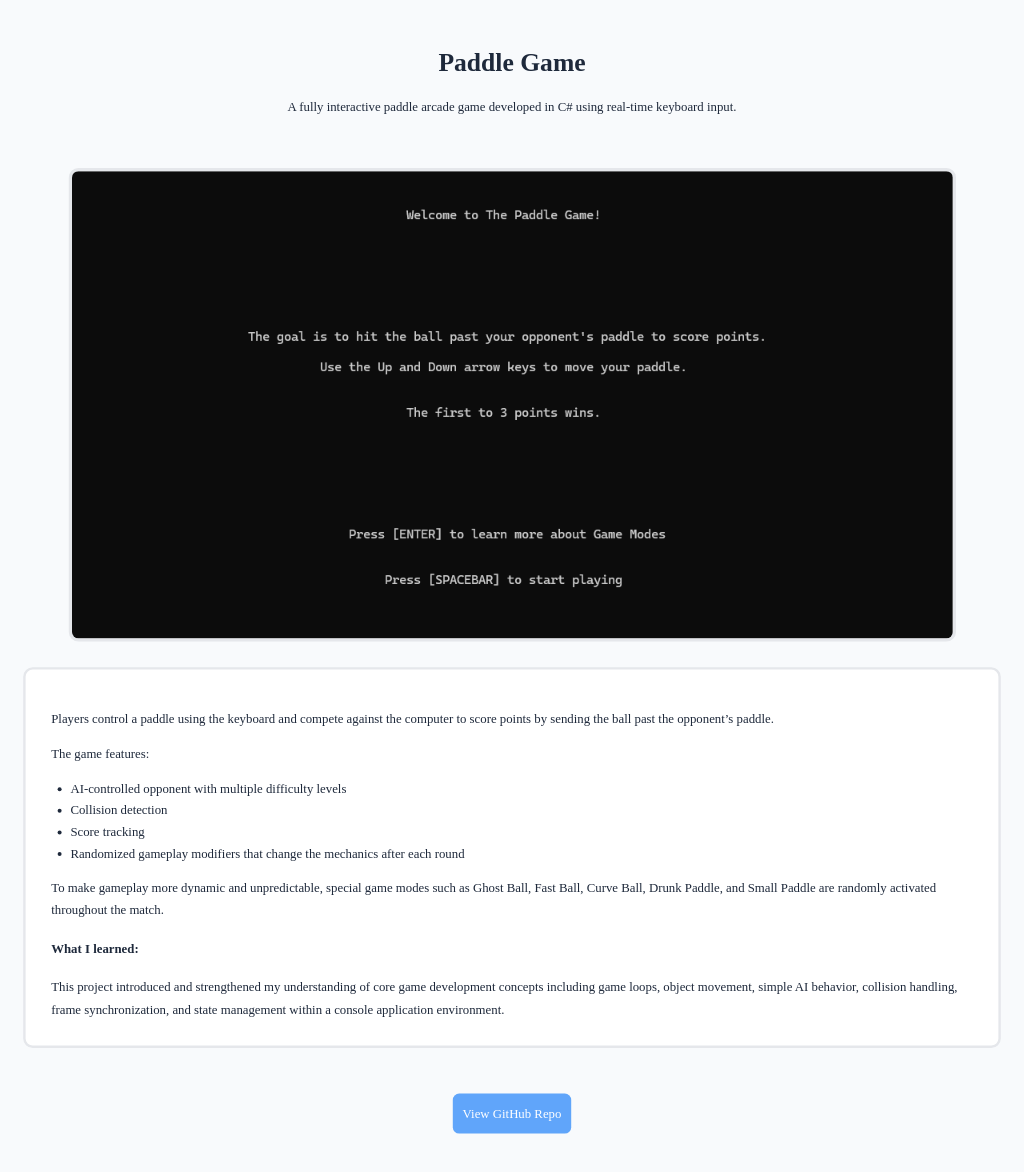
Repository: alison-cunningham/alison-cunningham
Page: pages/paddle-game.html
These files come from the project's save history. The page is drawn as it stood at one moment and after the next save; the edit follows.
The browser window is 1280 px wide. The pictures show the whole page, at 80% of full size.
Some web fonts or font styles are not loaded; a fallback is used.

Above is the page before, as saved 2026-05-08 21:25:59.

### pages/paddle-game.html
<!DOCTYPE html>
<html lang="en">
<head>
    <meta charset="UTF-8" />
    <title>Project - Paddle Game</title>
    <meta name="viewport" content="width=device-width, initial-scale=1.0">
    <link rel="stylesheet" href="../styles/globals.css"/>
    <link rel="stylesheet" href="../styles/pages.css">
</head>
<body>
    <header class="project-header">
        <h1>Paddle Game</h1>
        <p>
            A fully interactive paddle arcade game developed in C# using real-time keyboard input.
        </p>
    </header>

    <img src="../assets/images/paddle-game-screenshot-2.png" alt="Screenshot from Paddle Game gameplay">

    <section class="project-description">
        <p>
            Players control a paddle using the keyboard and compete against the computer to score points by sending the ball past the opponent’s paddle.
        </p>


        The game features:
        <ul>
            <li>AI-controlled opponent with multiple difficulty levels</li>
            <li>Collision detection</li>
            <li>Score tracking</li>
            <li>Randomized gameplay modifiers that change the mechanics after each round</li>
        </ul>


        To make gameplay more dynamic and unpredictable, special game modes such as Ghost Ball, Fast Ball, Curve Ball, Drunk Paddle, and Small Paddle are randomly activated throughout the match.
        <br>
        <h4>What I learned:</h4>
        This project introduced and strengthened my understanding of core game development concepts including game loops, object movement, simple AI behavior, collision handling, frame synchronization, and state management within a console application environment.
    </section>

    <br>
    <a class="project-link"
        href="https://github.com/alison-cunningham/PaddleGame-2D-Collision-Simulation.git"
        target="_blank">
        View GitHub Repo
    </a>

</body>

</html>

### styles/globals.css
@font-face{
    font-family: 'Radio-Canada';
    src: url('../assets/fonts/Radio_Canada/RadioCanada-VariableFont_wdth\,wght.ttf')
}



body{
    font-family: 'Radio-Canada';

    background-color: #f8fafc;
    color: #1e293b;

    line-height: 1.6;
    font-size: 1rem;

    margin: 0;
    overflow-x: hidden;
}


a{
    text-decoration: none;
    color: inherit;
}

h3{
    font-size: 1.4rem;
    margin-bottom: 1rem;
    color: #0f172a;
}

### styles/pages.css
.project-header{
    display: grid;
    justify-content: center;
    text-align: center;

    padding: 2rem 1rem 1rem;
}

header{
    display: grid;
    justify-content: center;
    text-align: center;
}

h1{
    margin-bottom: 0;
}

nav{
    width: 100%;
    background-color: #ffffff;

    border-bottom: .2rem solid #e5e7eb;
    border-top: .2rem solid #e5e7eb;

    display: flex;
    flex-direction: row;
    justify-content: space-evenly;

    align-items: center;

}

nav a{

    flex: 0 0 auto;

    text-decoration: none;
    color: #60a5fa;

    padding: 1rem;
    border-radius: .5rem;

    font-size: 1.1rem;
    font-weight: 600;

    transition:
    background-color 0.3s ease,
    color 0.3s ease,
    transform 0.2s ease;
}

nav a:hover{
    background-color: #34d399;
    color: white;
}

img{
    display: block;
    max-width: 90%;
    margin: 2rem auto;
    border: .3rem solid #e5e7eb;
    border-radius: .75rem;
}

.project-description{
    max-width: 90%;

    margin: 0 auto 2rem;
    padding: 2rem;

    background-color: #ffffff;
    border: .2rem solid #e5e7eb;
    border-radius: .75rem;

    line-height: 1.7;
}

.project-description ul{
    margin-top: 1rem;
    margin-bottom: 1rem;
    padding-left: 1.5rem;
}

.project-link{
    display: block;
    width: fit-content;

    margin: 0 auto 3rem;
    padding: .75rem;

    background-color: #60a5fa;
    color: white;

    text-decoration: none;

    border-radius: .5rem;

    transition: background-color 0.3s ease;
    transition: transform 0.2s ease;
}

.project-link:hover{
    background-color: #34d399;
}

iframe{
    width: 100%;
    min-height: 80vh;
    border: 0;
}

After the next save:
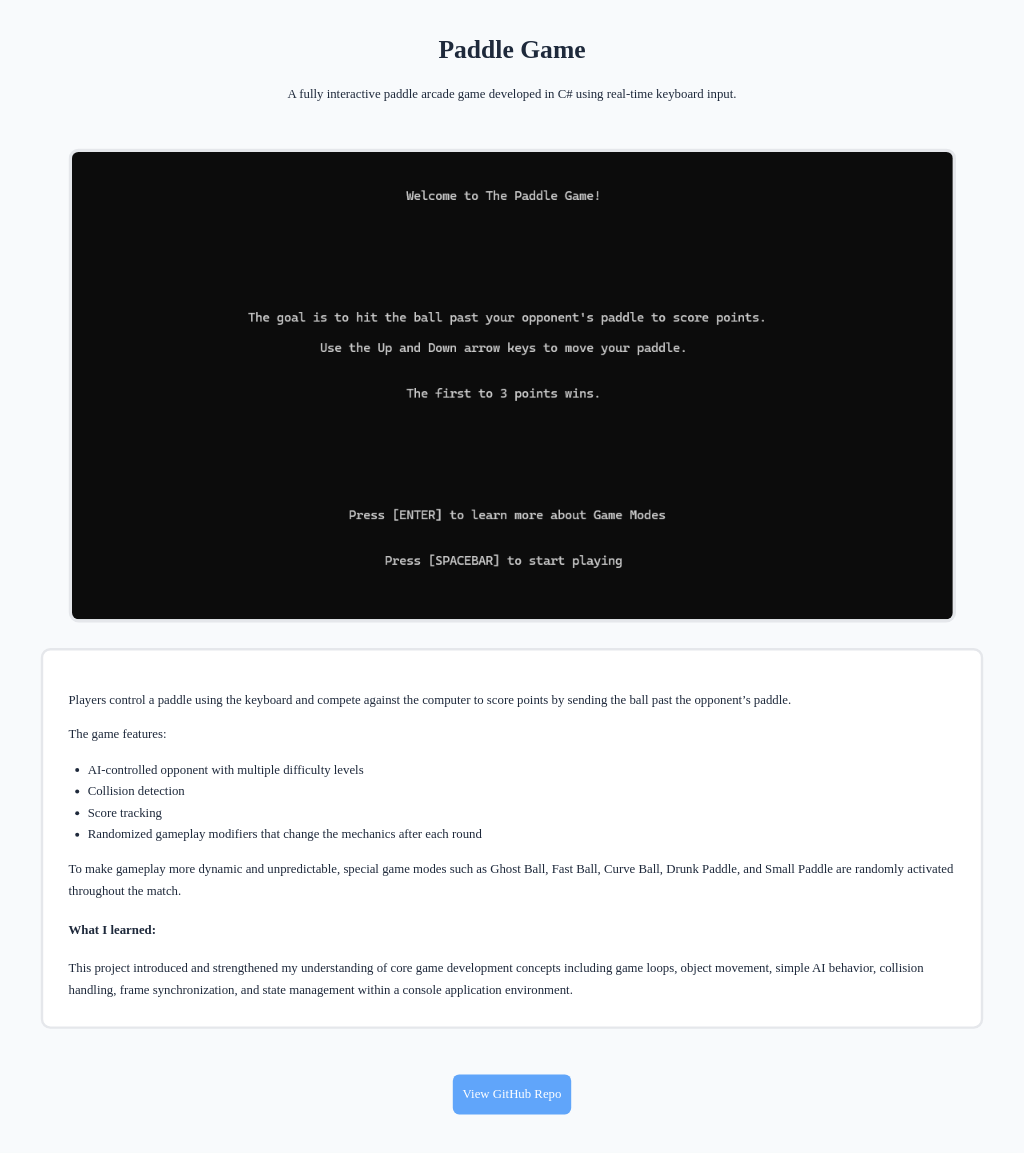
Saved 3 days later.
--- a/styles/pages.css
+++ b/styles/pages.css
@@ -1,15 +1,27 @@
+body{
+    display: flex;
+    flex-direction: column;
+    align-items: center;
+
+    margin: 0 auto;
+    padding: 0 1.5rem;
+
+}
+
+.main-header{
+    display: grid;
+    justify-content: center;
+    text-align: center;
+
+    font-size: 1.2rem;
+}
+
 .project-header{
     display: grid;
     justify-content: center;
     text-align: center;
 
-    padding: 2rem 1rem 1rem;
-}
-
-header{
-    display: grid;
-    justify-content: center;
-    text-align: center;
+    padding: 1rem .5rem .5rem;
 }
 
 h1{
@@ -17,37 +29,33 @@ h1{
 }
 
 nav{
-    width: 100%;
+    width: 90%;
+    margin: rem auto;
+    padding: .75rem;
+
     background-color: #ffffff;
-
-    border-bottom: .2rem solid #e5e7eb;
-    border-top: .2rem solid #e5e7eb;
+    border: .2rem solid #e5e7eb;
+    border-radius: 1rem;
 
     display: flex;
-    flex-direction: row;
-    justify-content: space-evenly;
-
-    align-items: center;
+    justify-content: center;
+    gap: 1rem;
+    flex-wrap: wrap;
 
 }
 
 nav a{
 
-    flex: 0 0 auto;
-
-    text-decoration: none;
-    color: #60a5fa;
-
-    padding: 1rem;
-    border-radius: .5rem;
+color: #60a5fa;
+    padding: .75rem 1.25rem;
+    border-radius: .75rem;
 
     font-size: 1.1rem;
-    font-weight: 600;
 
     transition:
-    background-color 0.3s ease,
-    color 0.3s ease,
-    transform 0.2s ease;
+        background-color 0.3s ease,
+        color 0.3s ease,
+        transform 0.3s ease;
 }
 
 nav a:hover{
@@ -104,6 +112,23 @@ img{
     background-color: #34d399;
 }
 
+summary{
+    text-align: center;
+    margin-bottom: 2rem;
+}
+
+.learned{
+    line-height: 2rem;
+    background-color: #e5e7eb;
+    padding: 0.4rem 2.5rem 1rem;
+    margin: 2rem;
+    border-radius: 0.75rem;
+}
+
+.payroll-breakdown{
+    line-height: 1.4rem;
+}
+
 iframe{
     width: 100%;
     min-height: 80vh;
